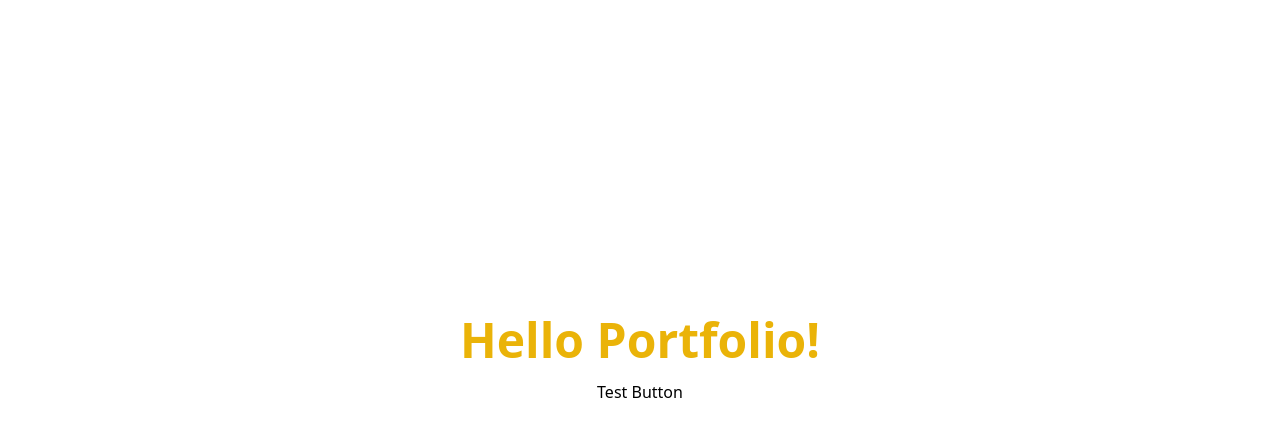
Repository: nahid-hasann/portfolio
Page: /
The author's editor kept a copy of each file at every save. The page is drawn from the files as they stood at one save, then again after the next save.
The browser window is 1280 px wide. The pictures show the whole page.
The project was rebuilt for these pictures with package versions that can differ from the ones it lists, and the page was loaded fresh each time. Also part of the build but not shown: vite.config.js.

Above is the page before, as saved 2026-01-05 14:24:49.

### src/main.jsx
import { StrictMode } from 'react'
import { createRoot } from 'react-dom/client'
import './index.css'
import App from './App.jsx'
import {
  createBrowserRouter,
  RouterProvider,
} from "react-router-dom";

const router = createBrowserRouter([
  {
    path: "/",
    element: <div>Hello World</div>,
  },
]);



createRoot(document.getElementById('root')).render(
  <StrictMode>
    <App />
  </StrictMode>,
)

### src/App.jsx
import React from 'react';

const App = () => {
  return (
    <div className="min-h-screen flex justify-center items-center bg-base-200">
      <div className="text-center">
        <h1 className="text-5xl font-bold text-yellow-500 mb-4">Hello Portfolio!</h1>
        <button className="btn btn-secondary">Test Button</button>
      </div>
    </div>
  );
};

export default App;

### tailwind.config.js
/** @type {import('tailwindcss').Config} */
export default {
    content: [
        "./index.html",
        "./src/**/*.{js,ts,jsx,tsx}",
    ],
    theme: {
        extend: {},
    },
    plugins: [
        require('daisyui'),
    ],
  }

Loaded but not shown: index.html (common file); src/index.css (common file)

After the next save:
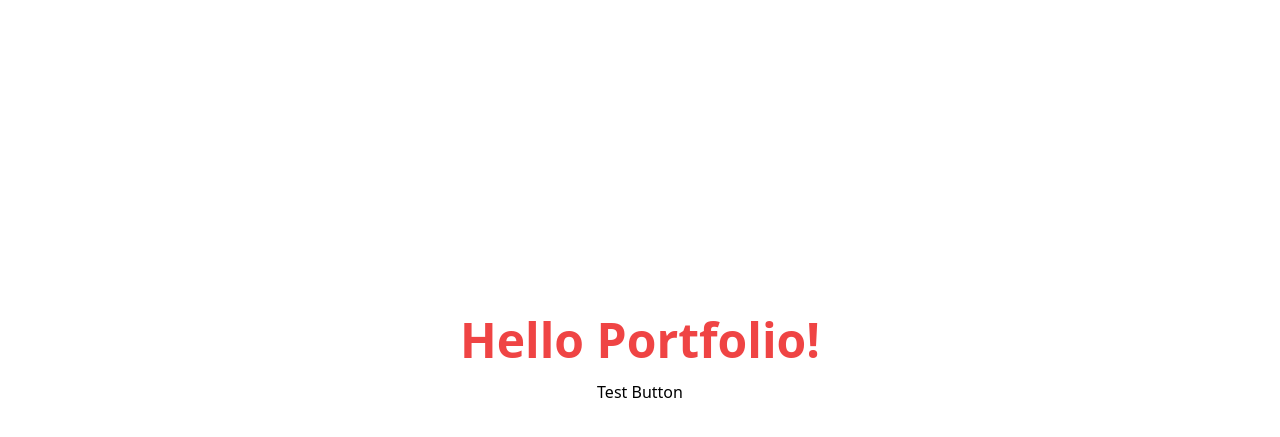
Saved 30 s later.
--- a/src/App.jsx
+++ b/src/App.jsx
@@ -4,7 +4,7 @@ const App = () => {
   return (
     <div className="min-h-screen flex justify-center items-center bg-base-200">
       <div className="text-center">
-        <h1 className="text-5xl font-bold text-yellow-500 mb-4">Hello Portfolio!</h1>
+        <h1 className="text-5xl font-bold text-red-500 mb-4">Hello Portfolio!</h1>
         <button className="btn btn-secondary">Test Button</button>
       </div>
     </div>
